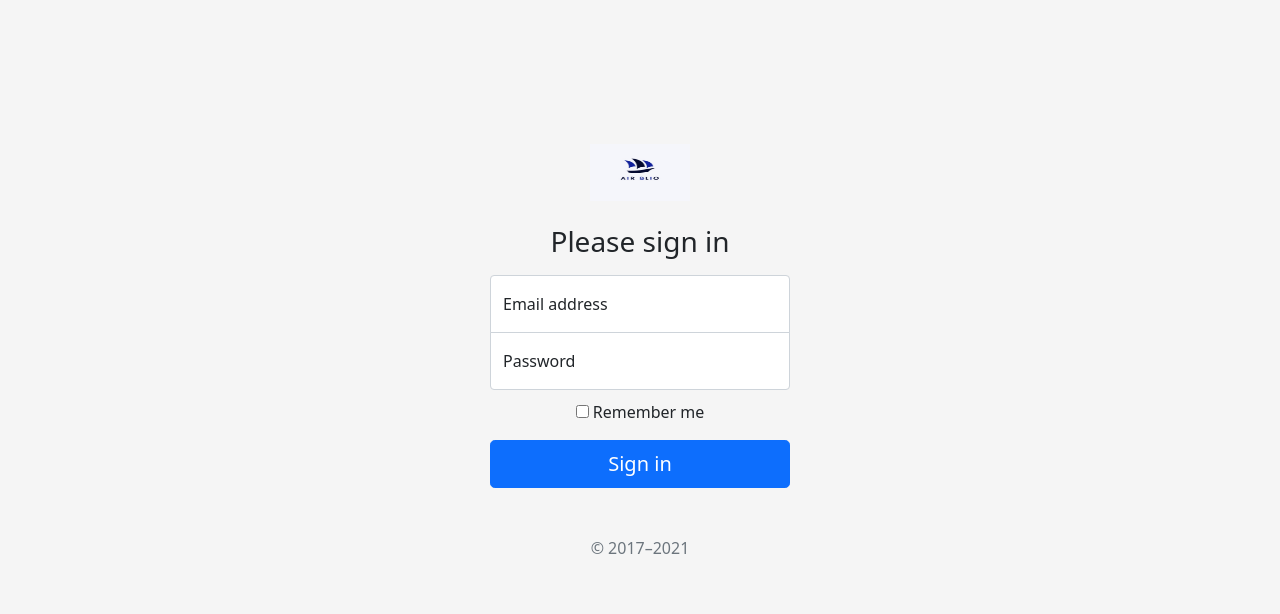
Repository: Elie-Dey/airblio
Page: index.html
An editor plug-in stored every save of this project. The page is shown before and after the next save, followed by the edit.
The browser window is 1280 px wide. The pictures show the whole page.

Above is the page before, as saved 2022-03-26 00:25:05.

After the next save:
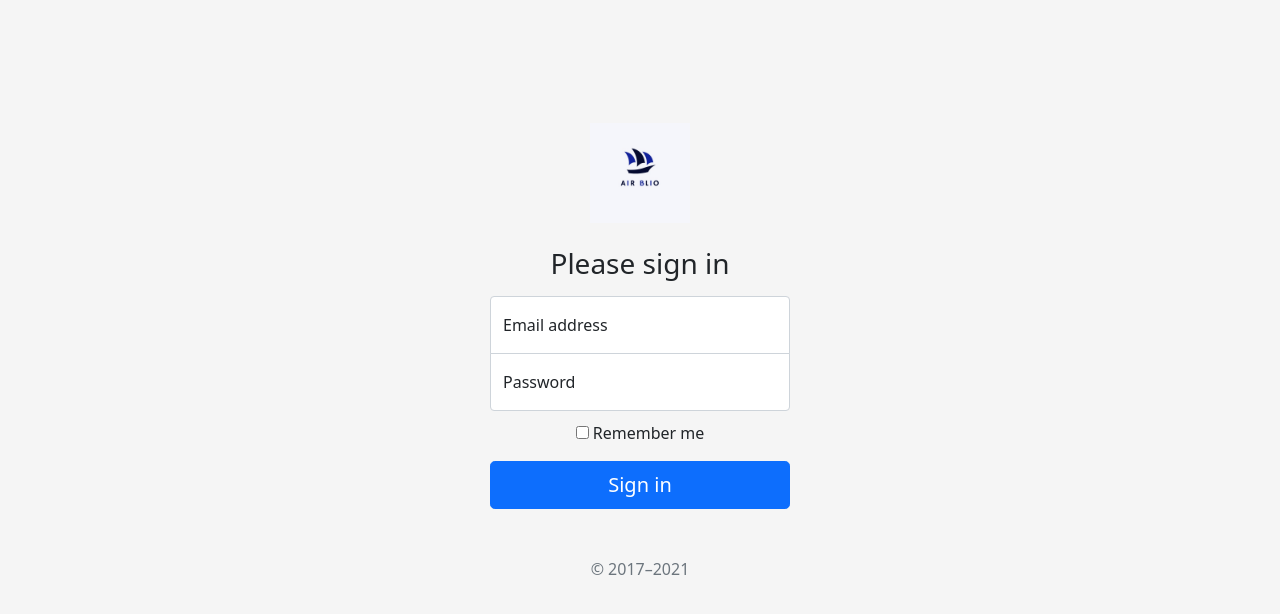
Saved 7 s later.
--- a/index.html
+++ b/index.html
@@ -51,7 +51,7 @@
           src="images/logo.jpeg"
           alt=""
           width="100"
-          height="57"
+          height="100"
         />
         <h1 class="h3 mb-3 fw-normal">Please sign in</h1>
 
